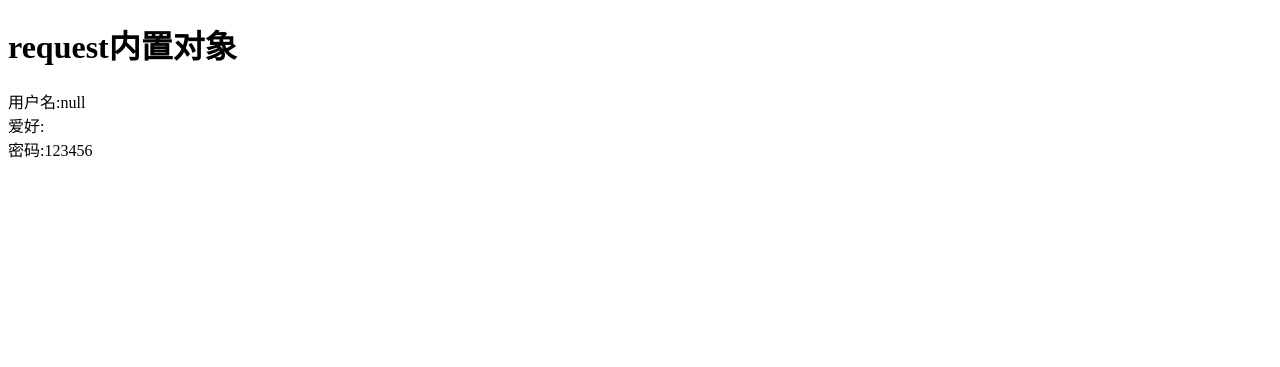
Repository: LauJoeng/JavaEE
Page: http://localhost/JspBaseElementDemo/request.jsp
These files come from the project's save history. The page is drawn as it stood at one moment and after the next save; the edit follows.
The browser window is 1280 px wide. The pictures show the whole page.
The page is served by Tomcat 9.

Above is the page before, as saved 2017-11-19 12:35:02.

### JspBaseElementDemo/WebContent/request.jsp
<%@ page language="java" contentType="text/html; charset=UTF-8"
    pageEncoding="UTF-8"%>
<!DOCTYPE html PUBLIC "-//W3C//DTD HTML 4.01 Transitional//EN" "http://www.w3.org/TR/html4/loose.dtd">
<html>
<head>
<meta http-equiv="Content-Type" content="text/html; charset=UTF-8">
<title>Insert title here</title>
</head>
<body>
	<h1>request内置对象</h1>
	<%
		request.setCharacterEncoding("utf-8");//解决中文乱码问题  无法解决URL传递中文出现乱码问题
		request.setAttribute("password","123456");
	%>
	用户名:<%=request.getParameter("username") %><br>
	爱好:
	<%
		if(request.getParameterValues("favorite")!=null)
		{
			String[] favorites = request.getParameterValues("favorite");
			for(int i=0;i < favorites.length;i++)
			{
				out.println(favorites[i]+"&nbsp;&nbsp");
			}
		}
	%><br>
	密码:<%=request.getAttribute("password") %><br>
</body>
</html>

After the next save:
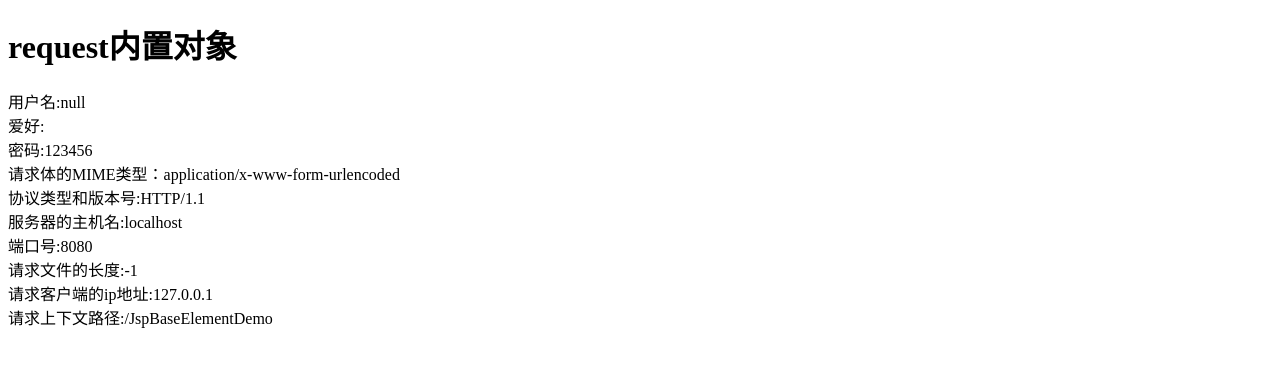
Saved 13 min 20 s later.
--- a/JspBaseElementDemo/WebContent/request.jsp
+++ b/JspBaseElementDemo/WebContent/request.jsp
@@ -25,5 +25,12 @@
 		}
 	%><br>
 	密码:<%=request.getAttribute("password") %><br>
+	请求体的MIME类型：<%=request.getContentType() %><br>
+	协议类型和版本号:<%=request.getProtocol() %><br>
+	服务器的主机名:<%=request.getServerName() %><br>
+	端口号:<%=request.getServerPort() %><br>
+	请求文件的长度:<%=request.getContentLength() %><br>
+	请求客户端的ip地址:<%=request.getRemoteAddr() %><br>
+	请求上下文路径:<%=request.getContextPath() %>
 </body>
 </html>
